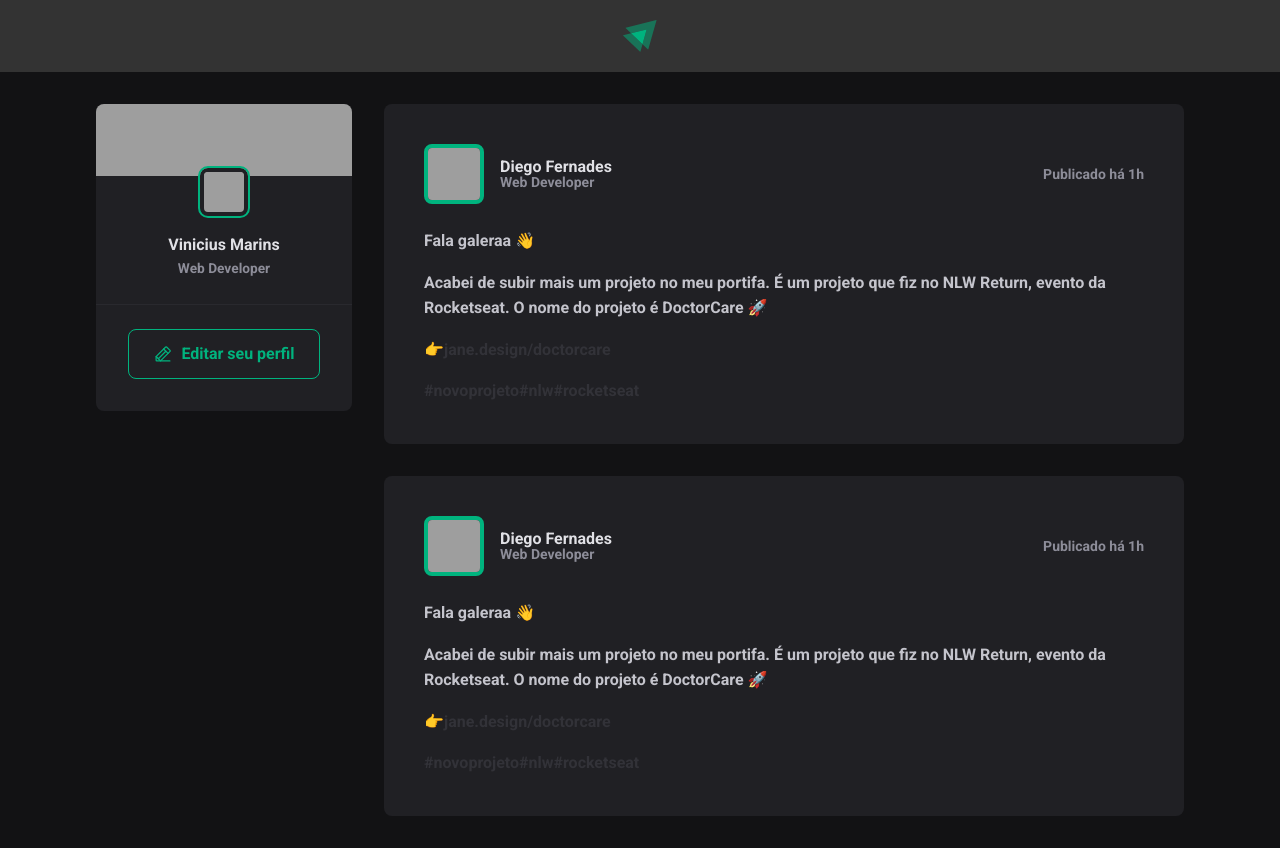
Repository: viniimartins/reactFundamentosRocketseat
Page: /
These files come from the project's save history. The page is drawn as it stood at one moment and after a run of saves; the edit follows.
The browser window is 1280 px wide. The pictures show the whole page.
Pictures or frames that could not be fetched are drawn as grey boxes. The project was rebuilt for these pictures with package versions that can differ from the ones it lists, and the page was loaded fresh each time. Also part of the build but not shown: vite.config.js.

Above is the page before, as saved 2023-04-29 22:55:11.

### index.html
<!DOCTYPE html>
<html lang="en">
  <head>
    <meta charset="UTF-8" />

    <link rel="preconnect" href="https://fonts.googleapis.com">
    <link rel="preconnect" href="https://fonts.gstatic.com" crossorigin>

    <link rel="icon" type="image/svg+xml" href="/vite.svg" />
    <meta name="viewport" content="width=device-width, initial-scale=1.0" />


    <link href="https://fonts.googleapis.com/css2?family=Montserrat&family=Roboto:wght@700&display=swap" rel="stylesheet">


    <title>Vite + React</title>
  </head>
  <body>
    <div id="root"></div>
    <script type="module" src="/src/main.jsx"></script>
  </body>
</html>

### src/App.jsx
import { Header } from './Components/Header'
import { Post } from './Components/Post'

import './global.css'


import styles from './App.module.css'
import { Sidebar } from './Components/Sidebar'

function App() {
  return (
    <>
      <div>
        <Header />


        <div className={styles.wrapper}>
          <Sidebar />
          <main>
            <Post
              author="Gabriel"
              content="Lorem ipsum dolor sit amet consectetur adipisicing elit. Asperiores aut, accusamus quasi hic earum blanditiis adipisci reiciendis enim eaque facilis doloribus, iusto incidunt! Aliquid ut debitis temporibus eius placeat autem!"
            />
            <Post
              author="Gabriel"
              content="Lorem ipsum dolor sit amet consectetur adipisicing elit. Asperiores aut, accusamus quasi hic earum blanditiis adipisci reiciendis enim eaque facilis doloribus, iusto incidunt! Aliquid ut debitis temporibus eius placeat autem!"
            />
          </main>
        </div>
      </div>

    </>
  )

}

export default App

### src/Components/Header.jsx
import styles from './Header.module.css';
import igniteLogo from '../assets/ignite-logo.svg'

export function Header() {
    return (
        <header className={styles.header}>
            <img src={igniteLogo}></img>
        </header>
    );
}

### src/Components/Post.jsx
import styles from './Post.module.css'

export function Post() {
    return (
        <article className={styles.post}>
            <header>
                <div className={styles.author}>
                    <img className={styles.avatar} src="https://avatars.githubusercontent.com/u/84347013?v=4" />
                    <div className={styles.authorInfo}>
                        <strong>Diego Fernades</strong>
                        <span>Web Developer</span>
                    </div>
                </div>
                <time title="11 de Maio ás 08:13" dateTime="2022-05-11 08:13:30">Publicado há 1h</time>
            </header>


            <div className={styles.content}>
                <p> Fala galeraa 👋</p>
                <p>Acabei de subir mais um projeto no meu portifa. É um projeto que fiz no NLW Return, evento da Rocketseat. O nome do projeto é DoctorCare 🚀</p>
                <p>👉<a href="">jane.design/doctorcare</a></p>
                <p>
                    <a href="">#novoprojeto</a>{''}
                    <a href="">#nlw</a>{''}
                    <a href="">#rocketseat</a>
                </p>
            </div>

            <form className={styles.commentForm}>

            </form>
        </article>
    )
}

### src/global.css
:root {
  --white: #fff;

  --gray-100: #e1e1e6;
  --gray-300: #c4c4cc;
  --gray-400: #8d8d99;
  --gray-500: #323238;
  --gray-700: #29292e;
  --gray-800: #202024;
  --gray-900: #121214;

  --green-500: #00b37e;
  --green-300: #00875f;
}

* {
  margin: 0;
  padding: 0;
  box-sizing: border-box;
}

body {
  background: var(--gray-900);
  color: var(--gray-300);
  -webkit-font-smoothing: antialiased;
}

body,
input,
textarea,
button {
  font-family: "Roboto", sans-serif;
  font-weight: 400;
  font-size: 1rem;
}

### src/Components/Sidebar.jsx
import { PencilLine } from "phosphor-react";

import styles from './Sidebar.module.css'

export function Sidebar() {
    return (
        <aside className={styles.sidebar}>
            <img
                className={styles.cover}
                src="https://images.unsplash.com/photo-1587620962725-abab7fe55159?ixlib=rb-4.0.3&ixid=MnwxMjA3fDB8MHxwaG90by1wYWdlfHx8fGVufDB8fHx8&auto=format&fit=crop&w=500&q=50"
            />
            <div className={styles.profile}>
                <img
                    className={styles.avatar}
                    src="https://avatars.githubusercontent.com/u/84347013?v=4"
                />
                <strong>Vinicius Marins</strong>
                <span>Web Developer</span>
            </div>

            <footer>
                <a href="#">
                    <PencilLine size={20} />
                    Editar seu perfil</a>
            </footer>
        </aside>
    )
}

### src/Components/Header.module.css
.header {
    background: #333;
    display: flex;
    justify-content: center;
    padding: 1.25rem 0
}

.header img {
    height: 2rem;
}

### src/Components/Post.module.css
.post {
  background: var(--gray-800);
  border-radius: 8px;
  padding: 2.5rem;
}

.post + .post {
  margin-top: 2rem;
}

.content {
  line-height: 1.6;
  color: var(--gray-300);
  margin-top: 1.5rem;
}

.content p {
  margin-top: 1rem;
}

.content a {
  font-weight: bold;
  color: var(--gray-500);
  text-decoration: none;
}

.content a:hover {
  color: var(--gray-300);
}

.post > header {
  display: flex;
  align-items: center;
  justify-content: space-between;
}

.post > header time {
  font-size: 0.875rem;
  color: var(--gray-400);
}

.author {
  display: flex;
  align-items: center;
  gap: 1rem;
}

.author img{
  width: calc(3rem + 12px);
  height: calc(3rem + 12px);
  border-radius: 8px;
  border: 4px solid var(--gray-800);
  border: 4px solid var(--green-500);

}

.authorInfo strong {
  display: block;
  color: var(--gray-100);
  line-height: 1;
}

.authorInfo span {
  display: block;
  font-size: 0.875rem;
  color: var(--gray-400);
  line-height: 1;
}

### src/Components/Sidebar.module.css
.sidebar {
  background: var(--gray-800);
  border-radius: 8px;
  overflow: hidden;
}

.cover {
  width: 100%;
  height: 72px;
  object-fit: cover;
}

.profile {
  display: flex;
  flex-direction: column;
  align-items: center;

  margin-top: calc(0px - 1.5rem - 6px);
}

.profile strong {
  margin-top: 1rem;
  color: var(--gray-100);
  line-height: 1.6;
}

.profile span {
  font-size: 0.857rem;
  color: var(--gray-400);
  line-height: 1.6;
}

.avatar {
  width: 3rem;
  height: 3rem;
  border-radius: 8px;
  border: 4px solid var(--gray-800);
  outline: 2px solid var(--green-500);

  margin-top: calc(1.5rem - 6px);
}

.sidebar footer {
  border-top: 1px solid var(--gray-700);
  margin-top: 1.5rem;
  padding: 1.5rem 2rem 2rem;
}

.sidebar footer a {
  background: transparent;
  color: var(--green-500);
  border: 1px solid var(--green-500);
  border-radius: 8px;
  height: 50px;
  padding: 0 1.5rem;
  font-weight: bold;
  display: block;
  text-decoration: none;

  display: flex;
  align-items: center;
  justify-content: center;

  gap: 0.5rem;

  transition: color 0.1s, background-color 0.1s;
}

.sidebar footer a:hover {
  background: var(--green-500);
  color: var(--white);
}

Loaded but not shown: src/main.jsx (common file); src/App.module.css (common file)

After the next 4 saves:
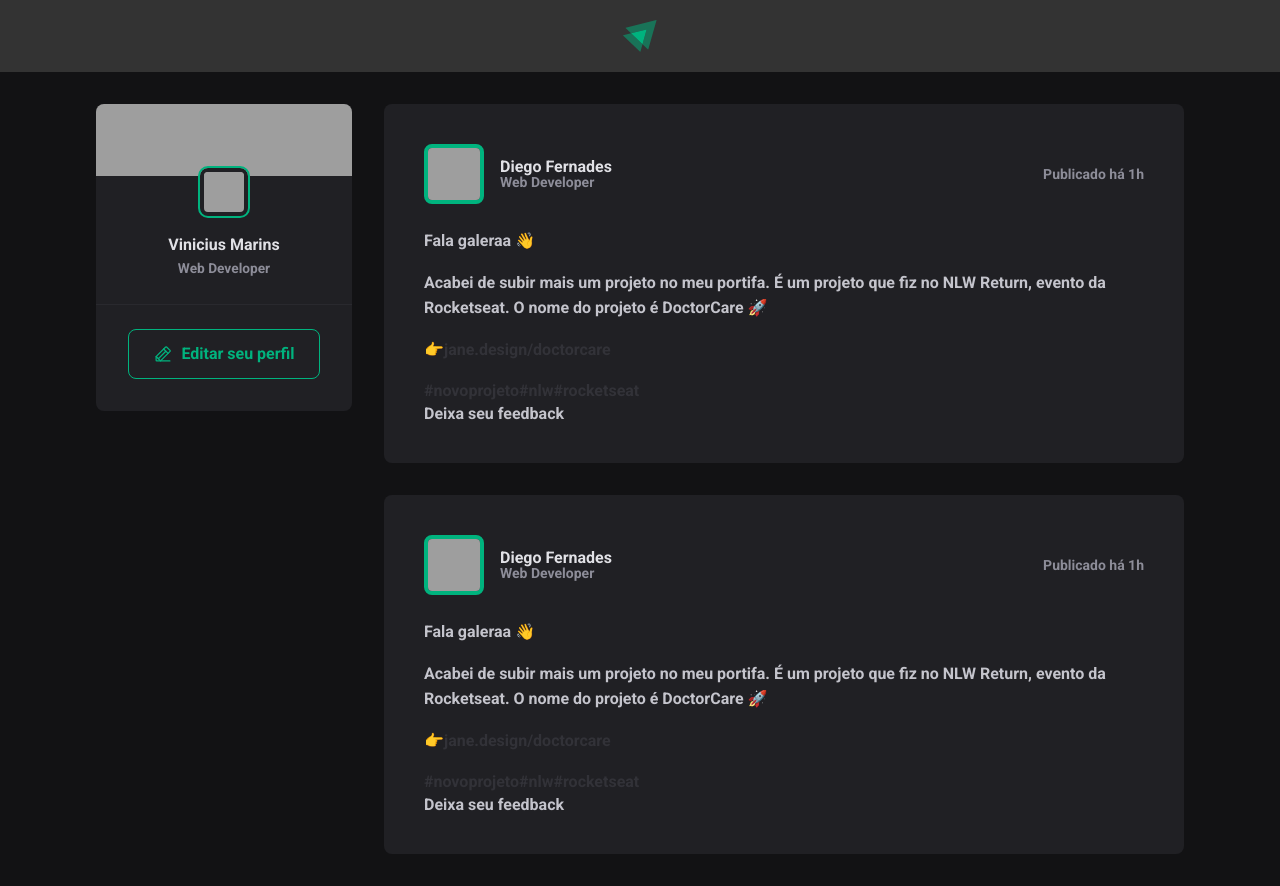
The 4 saves are shown as one change because they came seconds apart.
The last was saved 15 s later.
--- a/src/Components/Post.jsx
+++ b/src/Components/Post.jsx
@@ -27,7 +27,7 @@ export function Post() {
             </div>
 
             <form className={styles.commentForm}>
-
+                    <strong>Deixa seu feedback</strong>
             </form>
         </article>
     )
